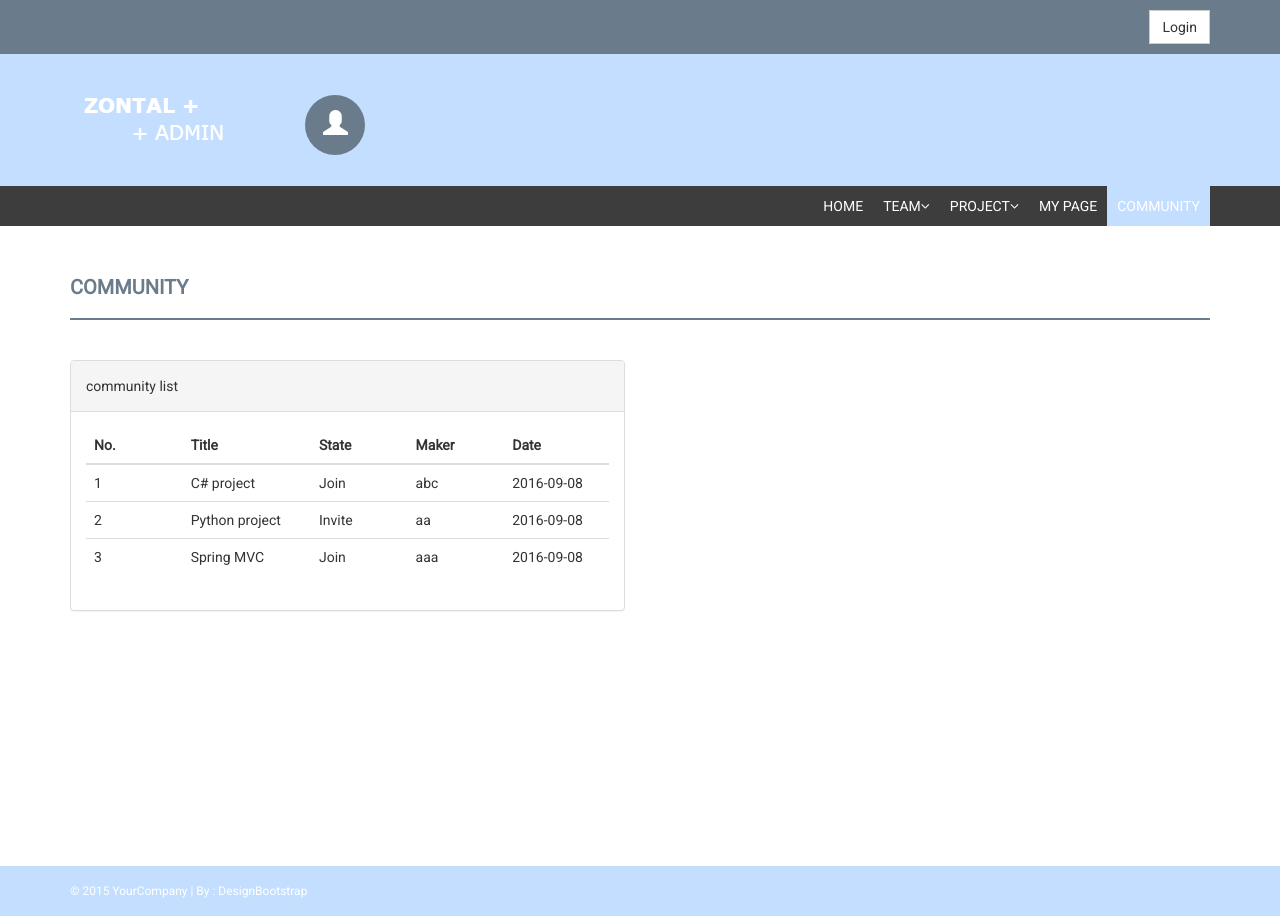
Repository: hwju91/skuniv
Page: http://localhost/0903.2/WEB-INF/jsp/community/communityselect.jsp
These files come from the project's save history. The page is drawn as it stood at one moment and after the next save; the edit follows.
The browser window is 1280 px wide. The pictures show the whole page.
The page is served by Tomcat 9. Nobody is signed in. Other server files are loaded and not shown. The template is opened directly, without the code that normally fills it, so the values that code supplies are empty.

Above is the page before, as saved 2016-09-08 12:10:05.

### 0903.2/WebContent/WEB-INF/jsp/community/communityselect.jsp
<%@ page language="java" contentType="text/html; charset=UTF-8"
	pageEncoding="UTF-8"%>
<jsp:include page="../header_community.jsp" />
<jsp:include page="../nav.jsp" />
<jsp:include page="../menu_community.jsp" />

			<div class="row">
				<div class="col-md-12">
					<h4 class="page-head-line">community</h4>
				</div>
			</div>

			<div class="row">
				<div class="col-md-6">
				                     <!--   Basic Table  -->
				 	<div class="panel panel-default">
                        <div class="panel-heading">
                            community list
                        </div>
                        <div class="panel-body">
                            <div class="table-responsive">
                                <table class="table">
                                    <thead>
                                        <tr>
                                            <th>No.</th>
                                            <th>Title</th>
                                            <th>State</th>
                                            <th>Maker</th>
                                            <th>Date</th>

                                        </tr>
                                    </thead>
                                    <tbody>
                                        <tr>
                                            <td>1</td>
                                            <td>C# project</td>
                                            <td>Join</td>
                                            <td>abc</td>
                                            <td>2016-09-08</td>
                                        </tr>
                                        <tr>
                                            <td>2</td>
                                            <td>Python project</td>
                                            <td>Invite</td>
                                            <td>aa</td>
                                            <td>2016-09-08</td>

                                        </tr>
                                        <tr>
                                            <td>3</td>
                                            <td>Spring MVC</td>
                                            <td>Join</td>
                                            <td>aaa</td>
                                            <td>2016-09-08
                                        </tr>
                                    </tbody>
                                </table>
                            </div>
                        </div>
                    </div>
                      <!-- End  Basic Table  -->
                </div>
			</div>


<jsp:include page="../footer.jsp" />

### 0903.2/WebContent/WEB-INF/jsp/header_community.jsp
<%@ page language="java" contentType="text/html; charset=UTF-8"
    pageEncoding="UTF-8"%>
<!DOCTYPE html PUBLIC "-//W3C//DTD HTML 4.01 Transitional//EN" "http://www.w3.org/TR/html4/loose.dtd">
<html>
<head>
    <title>Winder</title>

    <link href="css/bootstrap.css" rel="stylesheet" />
    <link href="css/font-awesome.css" rel="stylesheet" />
    <link href="css/style.css" rel="stylesheet" />
    <!-- <link rel="stylesheet" href="https://cdnjs.cloudflare.com/ajax/libs/ionicons/2.0.1/css/ionicons.min.css"> -->

</head>
</head>

### 0903.2/WebContent/WEB-INF/jsp/nav.jsp
<%@ page language="java" contentType="text/html; charset=UTF-8"
    pageEncoding="UTF-8"%>
<body>
    <header>
        <div class="container">
            <div class="row">
                <div class="col-md-12">
                    <!-- <strong>Email: </strong>info@yourdomain.com
                    &nbsp;&nbsp;
                    <strong>Support: </strong>+90-897-678-44 -->
                    <%
                    if("loginok".equals((String)session.getAttribute("loginchk"))){
                    	%>
                    	<a class="btn btn-default" href="logout">Logout</a>
                    <%}
                    else{
                    %>
                    	<a class="btn btn-default" href="login">Login</a>
                    <% }%>

                </div>

            </div>
        </div>
    </header>
    <!-- HEADER END-->
    <div class="navbar navbar-inverse set-radius-zero">
        <div class="container">
            <div class="navbar-header">
                <button type="button" class="navbar-toggle" data-toggle="collapse" data-target=".navbar-collapse">
                    <span class="icon-bar"></span>
                    <span class="icon-bar"></span>
                    <span class="icon-bar"></span>
                </button>
                <a class="navbar-brand" href="index.html">
                    <img src="img/logo.png" />
                </a>

            </div>

            <div class="left-div">
                <div class="user-settings-wrapper">
                    <ul class="nav">

                        <li class="dropdown">
                            <a class="dropdown-toggle" data-toggle="dropdown" href="#" aria-expanded="false">
                                <span class="glyphicon glyphicon-user" style="font-size: 25px;"></span>
                            </a>
                            <div class="dropdown-menu dropdown-settings" style="color: #fff">
                                <div class="media">
                                    <a class="media-left" href="#">
                                        <img src="img/64-64.jpg" alt="" class="img-rounded" />
                                    </a>
                                    <div class="media-body">
                                        <h4 class="media-heading">Jhon Deo Alex </h4>
                                        <h5>Developer & Designer</h5>

                                    </div>
                                </div>
                                <hr />
                                <h5><strong>Personal Bio : </strong></h5>
                                Anim pariatur cliche reprehen derit.
                                <hr />
                                <a href="#" class="btn btn-info btn-sm">Full Profile</a>&nbsp; <a href="login.html" class="btn btn-danger btn-sm">Logout</a>

                            </div>
                        </li>


                    </ul>
                </div>
            </div>
        </div>
    </div>
    <!-- LOGO HEADER END-->

### 0903.2/WebContent/WEB-INF/jsp/menu_community.jsp
<%@ page language="java" contentType="text/html; charset=UTF-8"
    pageEncoding="UTF-8"%>
<%@taglib prefix="c"  uri="http://java.sun.com/jsp/jstl/core" %>
<section class="menu-section">
        <div class="container">
            <div class="row">
                <div class="col-md-12">
                    <div class="navbar-collapse collapse ">
                        <ul id="menu-top" class="nav navbar-nav navbar-right">
                            <li><a class="menu-top" href="home">Home</a></li>
                            <li class="dropdown">
                                <a href="#" class="dropdown-toggle" data-toggle="dropdown">Team<i class="fa fa-angle-down"></i></a>
                                <ul class="dropdown-menu">
                                	<li><a href="teamList">팀 List</a></li>
                                    <li><a href="teamCreateform">팀 생성</a></li>
                                    <c:forEach items="${teammenu }" var="tmenu">
                                    <li><a href="projectlist?tno=${tmenu.tno }">${tmenu.name }</a></li>
                                    </c:forEach>
                                </ul>
                            </li>
                            <li class="dropdown">
                                <a href="#" class="dropdown-toggle" data-toggle="dropdown">Project<i class="fa fa-angle-down"></i></a>
                                <ul class="dropdown-menu">
                                    <li><a href="projectform">프로젝트 생성</a></li>
                                    <c:forEach items="${projectmenu }" var="pmenu">
                                    <li><a href="projectmain?pno=${pmenu.pno }">${pmenu.name }</a></li>
                                    </c:forEach>
                                </ul>
                            </li>
                             <li><a href="mypage">My Page</a></li>
							 <li><a class="menu-top-active" href="communitylist">community</a></li>
                        </ul>
                    </div>
                </div>

            </div>
        </div>
    </section>
    <!-- MENU SECTION END-->
    <div class="content-wrapper">
        <div class="container">

### 0903.2/WebContent/WEB-INF/jsp/footer.jsp
<%@ page language="java" contentType="text/html; charset=UTF-8"
    pageEncoding="UTF-8"%>
 </div>
    </div>
    <!-- CONTENT-WRAPPER SECTION END-->
    <footer>
        <div class="container">
            <div class="row">
                <div class="col-md-12">
                    &copy; 2015 YourCompany | By : <a href="http://www.designbootstrap.com/" target="_blank">DesignBootstrap</a>
                </div>

            </div>
        </div>
    </footer>
    <!-- script -->
<script src="js/jquery-2.2.3.min.js"></script>
<script src="js/bootstrap.js"></script>
</body>
</html>

### 0903.2/WebContent/css/style.css

/*=============================================================
    Authour URL: www.designbootstrap.com

    http://www.designbootstrap.com/

    License: MIT

    http://opensource.org/licenses/MIT

    100% Free To use For Personal And Commercial Use.

    IN EXCHANGE JUST TELL PEOPLE ABOUT THIS WEBSITE

========================================================  */


/* =============================================================
   GENERAL STYLES
 ============================================================ */

@import url(http://fonts.googleapis.com/css?family=Roboto); /* FREE GOOGLE FONT */

body {
    font-family: 'Roboto', sans-serif;
    line-height: 30px;
}

.set-radius-zero {
    border-radius: 0px;
    -moz-border-radius: 0px;
    -webkit-border-radius: 0px;
}

.content-wrapper {
    margin-top: 40px;
    min-height: 600px;
    padding-bottom: 60px;
}

.page-head-line {
    font-weight: 900;
    padding-bottom: 20px;
    border-bottom: 2px solid #6A7B8B;
    text-transform: uppercase;
    color: #6A7B8B;
    font-size: 20px;
    margin-bottom: 40px;
}

.btn {
    border-radius: 0px;
    -webkit-border-radius: 0px;
    -moz-border-radius: 0px;
}

.progress {
    height: 8px;
    border-radius: 0px;
    -webkit-border-radius: 0px;
    -moz-border-radius: 0px;
}
.login-icon {
    height: 60px;
width: 60px;
padding: 13px;
border-radius: 50%;
font-size: 30px;
margin-bottom: 20px;
color: #fff;
text-align: center;
cursor:pointer;
background-color:#6A7B8B;
-webkit-border-radius:50%;
    -moz-border-radius:50%;
}
/* =============================================================
   HEADER SECTION STYLES
 ============================================================ */
header {
    background-color: #6A7B8B;
    color: #fff;
    padding: 10px;
    text-align: right;
}


/* =============================================================
   LOGO SECTION STYLES
 ============================================================ */
.left-div {
    padding-left: 30px;
    margin-top: 40px;
    margin-bottom: 30px;
}

.navbar-brand {
    width: 250px;
    padding-top: 30px;
}

/* USER SETTINGS DIV */
.user-settings-wrapper .nav > li > a {
    position: relative;
    display: block;
    padding: 15px 18px;
    border-radius: 50%;
    -webkit-border-radius: 50%;
    -moz-border-radius: 50%;
    height: 60px;
    width: 60px;
    background-color: #6A7B8B;
    color: #fff;
}

.user-settings-wrapper {
    margin-top: 10px;
}

    .user-settings-wrapper li {
        display: inline-block;
    }

    .user-settings-wrapper .dropdown-settings {
        width: 200px;
        padding: 10px;
    }

    .user-settings-wrapper .nav > li > a:hover,.user-settings-wrapper .nav > li > a:focus {
        text-decoration: none;
        background-color: #C4DEFF!important;
    }

    .user-settings-wrapper img {
        height: 64px;
        width: 64px;
        border: 1px solid #000000;
    }

    .user-settings-wrapper .dropdown-menu {
        margin: 0px;
        border-radius: 0px!important;
        -moz-border-radius: 0px!important;
        -webkit-border-radius: 0px!important;
    }

    .user-settings-wrapper .btn {
        border-radius: 0px!important;
        -moz-border-radius: 0px!important;
        -webkit-border-radius: 0px!important;
    }

    .user-settings-wrapper .media-heading {
        padding-top: 10px;
    }

/* MENU LINKS SECTION*/

.menu-section {
    background-color: #3D3D3D;
}

#menu-top a {
    color: #FFF;
    text-decoration: none;
    font-weight: 500;
    padding: 10px 10px 10px 10px;
    text-transform: uppercase;
}

.menu-top-active {
    background-color: #C4DEFF;
}

.menu-section .nav > li > a:hover,.menu-section .nav > li > a:focus {
    background-color: #6A7B8B!important;
}

.menu-section .dropdown-menu > li > a:hover,.menu-section .dropdown-menu > li > a:focus {
    background-color: #6A7B8B!important;
}

.navbar-inverse {
    background-color: #C4DEFF;
    border-color: transparent;
}

.navbar-toggle {
    background-color: #6A7B8B;
    border: 1px solid #fff;
}

.navbar {
    margin-bottom: 0px;
}
/* =============================================================
   FOOTER SECTION STYLES
 ============================================================ */
footer {
    padding: 10px;
    color: #fff;
    font-size: 12px;
    background-color: #C4DEFF;
}

    footer a, footer a:hover {
        color: #fff;
        text-decoration: none;
    }

/*==============================================
    DASHBOARD  STYLES
 =============================================*/

/* DASHBOARD ICONS */

.bk-clr-one {
    background-color: #B9B739;
}

.bk-clr-two {
    background-color: #F94C4C;
}

.bk-clr-three {
    background-color: #119c7e;
}

.bk-clr-four {
    background-color: #b739b9;
}

.dashboard-div-icon {
    height: 75px;
    width: 75px;
    border: 2px solid #fff;
    padding: 20px;
    border-radius: 50%;
    -webkit-border-radius:50%;
    -moz-border-radius:50%;
    font-size: 30px;
    margin-bottom: 20px;
    color: #fff;
}

.dashboard-div-wrapper {
    border-radius: 5px;
    text-align: center;
    padding: 15px;
    color: #fff;
    margin-bottom: 50px;
}

    .dashboard-div-wrapper .progress {
        height: 2px;
    }

/* NOTICE BOARD */


.notice-board .panel {
    border-radius: 0px;
    -webkit-border-radius: 0px;
    -moz-border-radius: 0px;
}

.notice-board ul {
    padding-left: 0px;
    list-style: none;
}

.notice-board li {
    padding: 10px;
    border-bottom: 1px solid #E5E5E5;
}

    .notice-board li span {
        margin-right: 10px;
        border: 1px solid #DBDBDB;
        padding: 5px;
    }

    .notice-board li a, li a:hover {
        text-decoration: none;
        color: #000;
    }

/* SOCIAL BUTTONS */
.btn-social {
    color: white;
    opacity: 0.8;
}

    .btn-social:hover {
        color: white;
        opacity: 1;
        text-decoration: none;
    }

.btn-facebook {
    background-color: #3b5998;
}

.btn-twitter {
    background-color: #00aced;
}

.btn-linkedin {
    background-color: #0e76a8;
}

.btn-google {
    background-color: #c32f10;
}

Loaded but not shown: 0903.2/WebContent/css/bootstrap.css (library); 0903.2/WebContent/css/font-awesome.css (library); 0903.2/WebContent/js/jquery-2.2.3.min.js (library); 0903.2/WebContent/js/bootstrap.js (library)

After the next save:
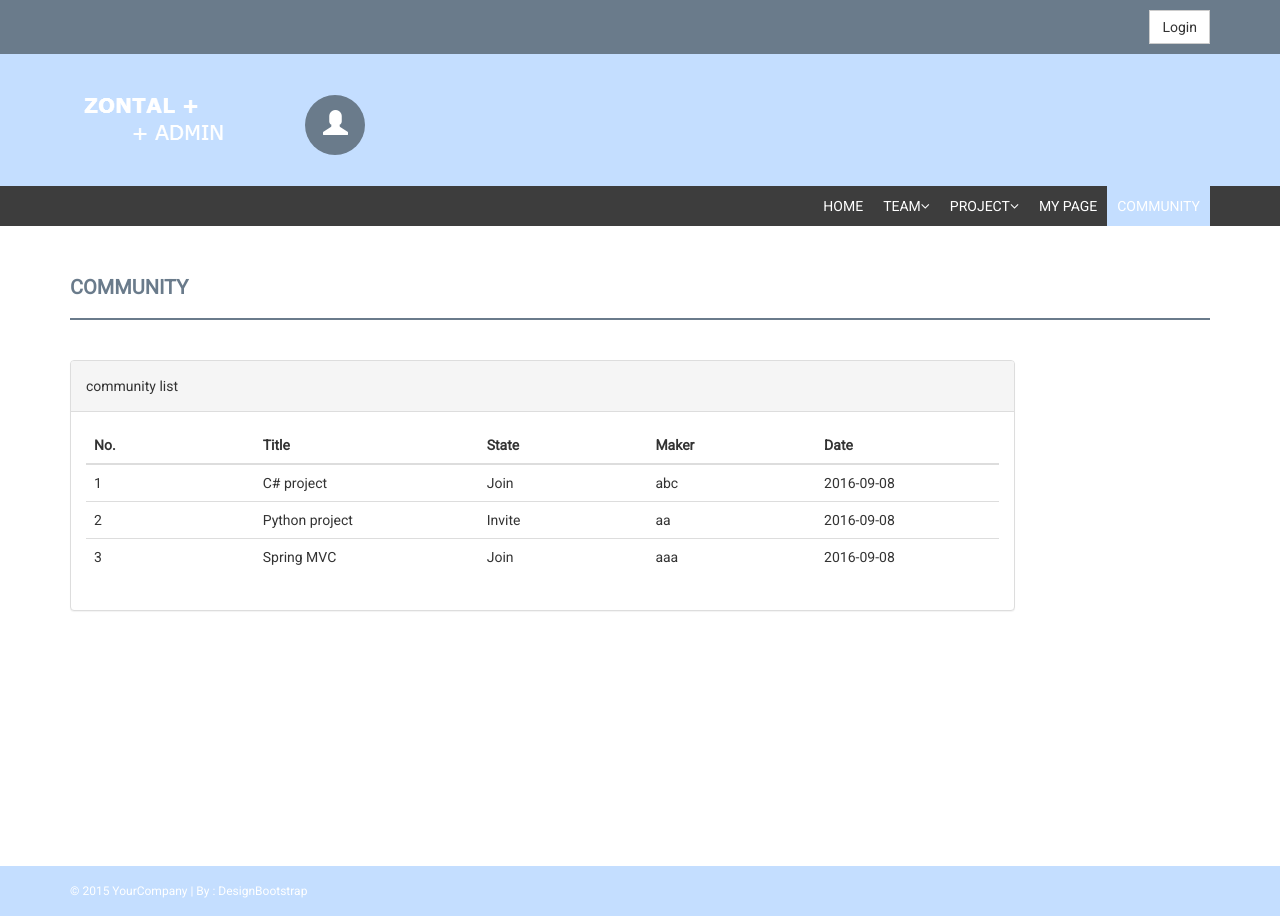
Saved 4 s later.
--- a/0903.2/WebContent/WEB-INF/jsp/community/communityselect.jsp
+++ b/0903.2/WebContent/WEB-INF/jsp/community/communityselect.jsp
@@ -11,7 +11,7 @@
 			</div>
 
 			<div class="row">
-				<div class="col-md-6">
+				<div class="col-md-10">
 				                     <!--   Basic Table  -->
 				 	<div class="panel panel-default">
                         <div class="panel-heading">
